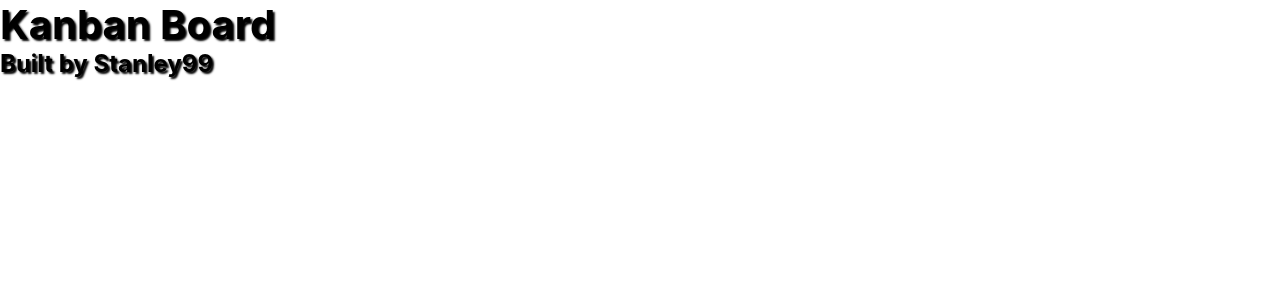
Repository: trapper99/kanban-app
Page: /
These files come from the project's save history. The page is drawn as it stood at one moment and after a run of saves; the edit follows.
The browser window is 1280 px wide. The pictures show the whole page.
The project was rebuilt for these pictures with package versions that can differ from the ones it lists, and the page was loaded fresh each time.

Above is the page before, as saved 2023-06-12 15:09:48.

### src/App.js
import React, { useState, useEffect, useMemo } from 'react';
import Draggable from 'react-draggable';
import Header from './components/header';

const styles = {
  boardContainer: {
    display: 'flex',
    flexDirection: 'row',
    justifyContent: 'space-between',
    padding: '20px',
  },
  listContainer: {
    backgroundColor: '#f2f2f2',
    borderRadius: '5px',
    width: '300px',
    padding: '10px',
    marginRight: '20px',
  },
  newCard: {
    backgroundColor: '#0079bf',
    color: '#fff',
    borderRadius: '3px',
    border: 'none',
    padding: '5px 10px',
    marginBottom: '10px',
    cursor: 'pointer',
  },
  cardContainer: {
    backgroundColor: '#fff',
    borderRadius: '3px',
    padding: '10px',
    marginBottom: '10px',
  },
  title: {
    fontWeight: 'bold',
    fontSize: '16px',
    marginBottom: '5px',
    width: '100%',
    border: 'none',
    borderBottom: '1px solid #ccc',
    padding: '5px',
  },
  description: {
    width: '100%',
    border: 'none',
    borderBottom: '1px solid #ccc',
    padding: '5px',
  },
};

function App() {
  const [board, setBoard] = useState([]);

  useEffect(() => {
    const data = window.localStorage.getItem('data');
    if (data) {
      setBoard(JSON.parse(data));
    } else {
      setBoard([

      ]);
    }
  }, []);

  useEffect(() => {
    if (board.length > 0) window.localStorage.setItem('data', JSON.stringify(board));
  }, [board]);

  const memoizedBoard = useMemo(() => board, [board]);

  const addNewCard = (listId) => {
    const updatedBoards = board.map((element) => {
      if (element.id === listId) {
        return {
          ...element,
          cards: [
            ...element.cards,
            {
              id: new Date().getTime(),
              title: 'New Card',
              description: 'New Card Description',
            },
          ],
        };
      }
      return element;
    });
    setBoard(updatedBoards);
  };

  const onCardStop = (e, card, listId) => {
    const allLists = document.querySelectorAll('.list-container');
    for (const list of allLists) {
      const rect = list.getBoundingClientRect();
      const data = {
        x: e.clientX,
        y: e.clientY,
      };
      if (data.x > rect.left && data.x < rect.right && data.y > rect.top && data.y < rect.bottom) {
        const finalCardId = card.id;
        const tempBoards = board.map((element) => {
          const cards = element.cards.filter((c) => c.id !== finalCardId);
          return {
            ...element,
            cards,
          };
        });
        setBoard(tempBoards);
      }
    }
    const finalListId = listId.split('_')[1];
    const tempBoards = board.map((element) => {
      if (element.id === parseInt(finalListId)) {
        return {
          ...element,
          cards: [...element.cards, card],
        };
      }
      return element;
    });
    setBoard(tempBoards);
  };

  return (
    <div>
      <Header />
      <div style={styles.boardContainer}>
        {memoizedBoard.map((list) => (
          <div id={`list_${list.id}`} key={list.id} className="list-container" style={styles.listContainer}>
            <h2>{list.title}</h2>
            <button style={styles.newCard} onClick={() => addNewCard(list.id)}>
              + New Card
            </button>
            {list.cards.map((card) => (
              <Draggable key={card.id} onStop={(e) => onCardStop(e, card, list.id)}>
                <div style={styles.cardContainer}>
                  <input
                    type="text"
                    style={styles.title}
                    value={card.title}
                    onChange={(e) => {
                      const tempBoards = board.map((element) => {
                        const cards = element.cards.map((c) => {
                          if (c.id === card.id) {
                            return {
                              ...c,
                              title: e.target.value,
                            };
                          }
                          return c;
                        });
                        return {
                          ...element,
                          cards,
                        };
                      });
                      setBoard(tempBoards);
                    }}
                  />
                  <input
                    type="text"
                    style={styles.description}
                    value={card.description}
                    onChange={(e) => {
                      const tempBoards = board.map((element) => {
                        const cards = element.cards.map((c) => {
                          if (c.id === card.id) {
                            return {
                              ...c,
                              description: e.target.value,
                            };
                          }
                          return c;
                        });
                        return {
                          ...element,
                          cards,
                        };
                      });
                      setBoard(tempBoards);
                    }}
                  />
                </div>
              </Draggable>
            ))}
          </div>
        ))}
      </div>
    </div>
  );
}

export default App;

### src/components/header.js
export default function Header () {
    return(
        <header className={styles.header}>
            <h1 style={styles.title}>Kanban Board</h1>
            <p style={styles.subtitle}>Built by Stanley99</p>
        </header>
    )
}

const styles = {
    header: {
        display: 'flex',
        flexDirection: 'column',
        justifyContent: 'center',
        padding: '20px',
        backgroundColor: '#2c3e50',
        color: '#ffffff',
        width: '100%',
        position: 'fixed',
        top: 0,
        left: 0,
        zIndex: 1
    },
    title: {
        margin: 0,
        padding: 0,
        fontSize: '2.5rem',
        fontWeight: 'bold',
        textShadow: '2px 2px 2px #000000'
    },
    subtitle: {
        margin: 0,
        padding: 0,
        fontSize: '1.5rem',
        fontWeight: 'bold',
        textShadow: '2px 2px 2px #000000'
    },
}

Loaded but not shown: public/index.html (common file); src/index.js (common file); src/index.css (common file); src/reportWebVitals.js (common file)

After the next 23 saves:
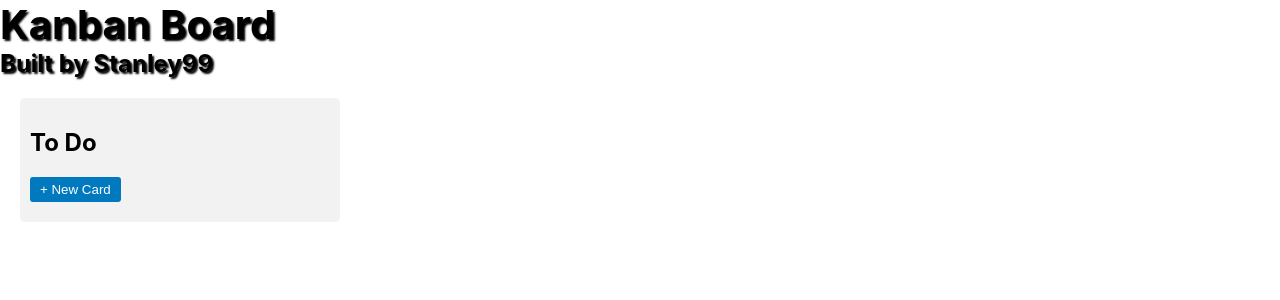
The 23 saves are shown as one change because 4 did not build or start and some came seconds apart.
The last was saved 66 s later.
--- a/src/App.js
+++ b/src/App.js
@@ -57,7 +57,13 @@ function App() {
       setBoard(JSON.parse(data));
     } else {
       setBoard([
+        {
+          id: 1,
+          title: 'To Do',
+          cards: [
 
+          ]
+        }
       ]);
     }
   }, []);
